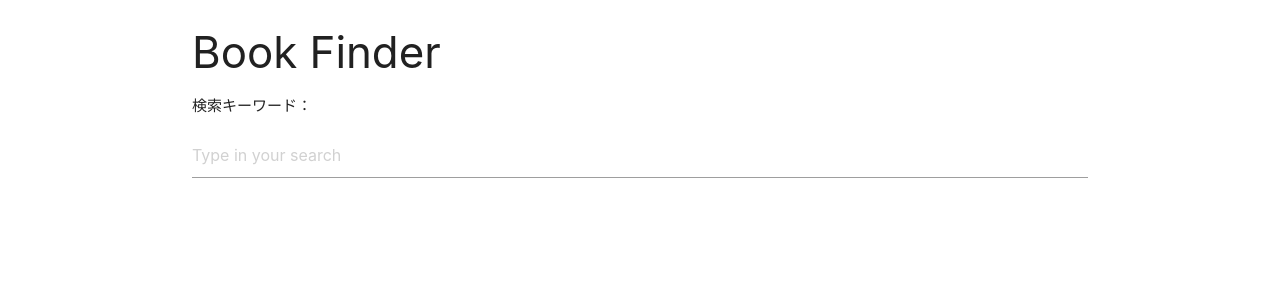
Repository: ayachika/chingu-solo-project
Page: index.html
The author's editor kept a record of every edit. The page is drawn from the files as they stood at one moment, then again after the next edit.
The browser window is 1280 px wide. The pictures show the whole page.
Some web libraries are served in a nearby version.

Above is the page before.

After the next edit:
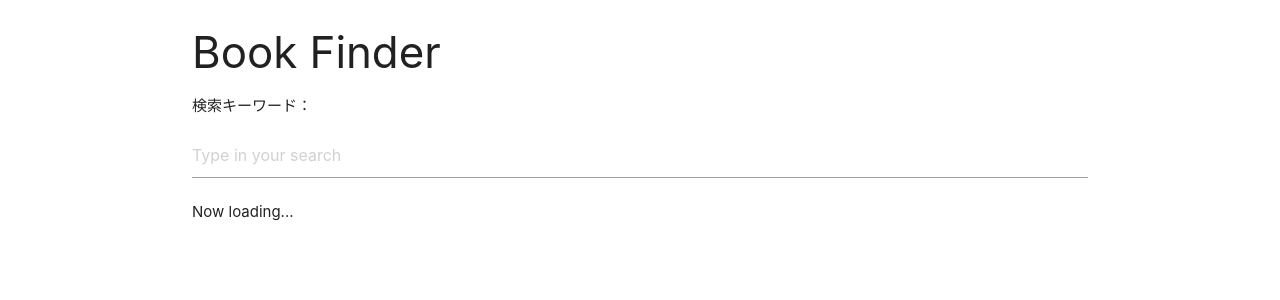
The edit:
--- a/index.html
+++ b/index.html
@@ -15,6 +15,8 @@
         検索キーワード：<form v-on:submit.prevent="getResult(query)">
               <input type="text" placeholder="Type in your search" v-model="query" />
           </p>
+          <div v-show="loading" class="loader">Now loading...</div>
+        <div v-if="!loading" class="itemContainer">
           <div class="card blue-grey darken-1">
 
               <div class="card" v-for="item in items">
